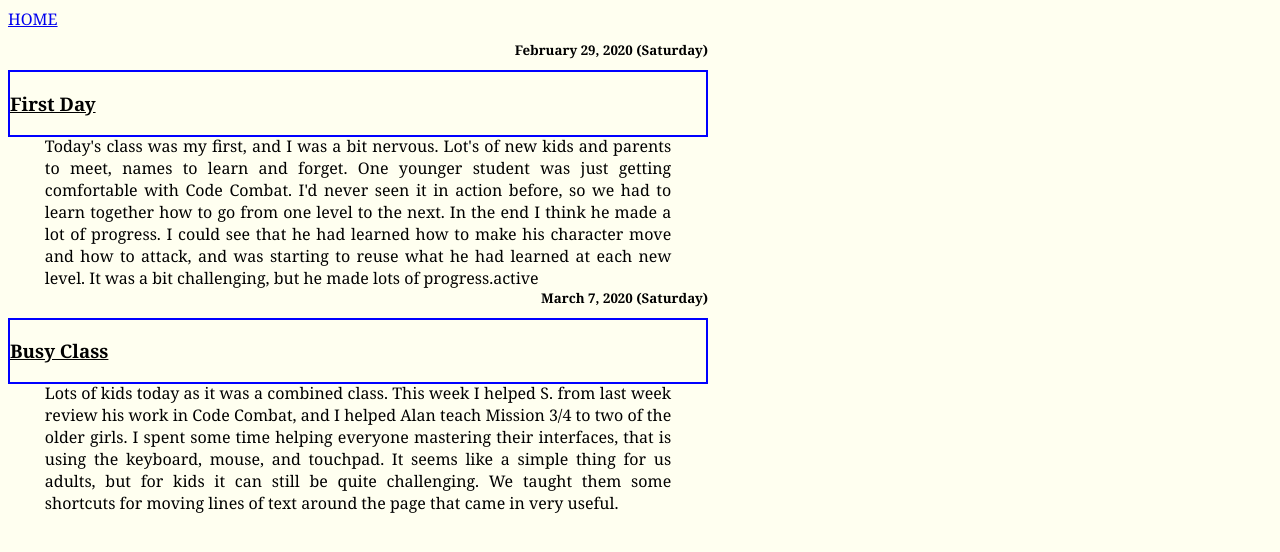
Repository: chocochocosensei/Mission-Exercises
Page: Page1/index.html
These files come from the project's save history. The page is drawn as it stood at one moment and after the next save; the edit follows.
The browser window is 1280 px wide. The pictures show the whole page.

Above is the page before, as saved 2020-03-11 04:05:09.

After the next save:
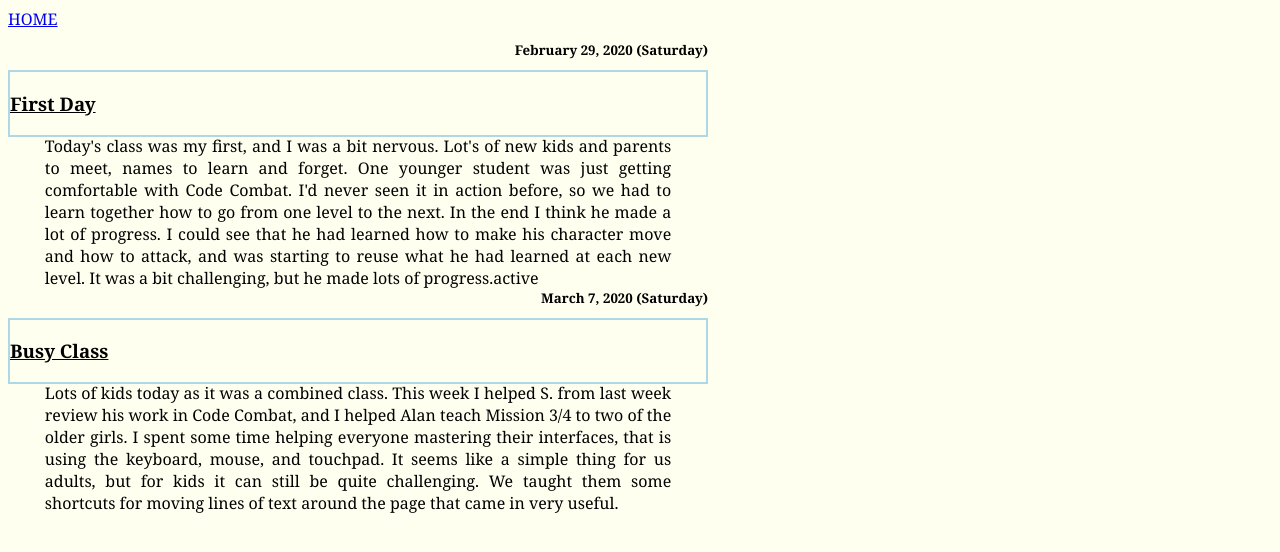
Saved 114 s later.
--- a/style.css
+++ b/style.css
@@ -11,13 +11,12 @@ body {
 .section-title h2 {
     font-size: smaller;
     text-align: right;
+    z-index: 100;
 }
 
 .section-activity {
-    border: 2pt solid blue;
+    border: 2pt solid lightblue;
 }
-
-.section-activity * {}
 
 .section-activity .content p {
     margin: 0 5%;
